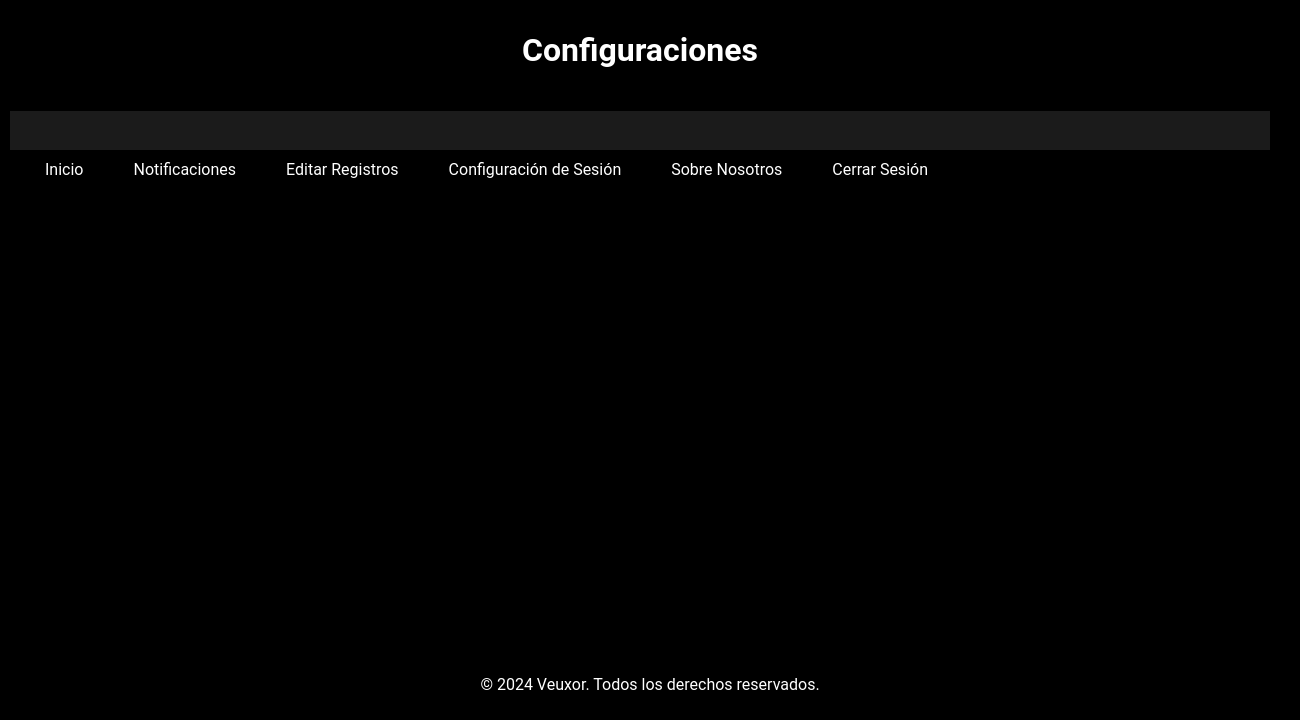
Repository: EddyWebz/updat
Page: privado/config.html
The author's editor kept a copy of each file at every save. The page is drawn from the files as they stood at one save, then again after the next save.
The browser window is 1280 px wide. The page is 1300 px wide, so the pictures cover 1300 px, including what lies to the right of the window. The pictures show the whole page.

Above is the page before, as saved 2024-09-15 11:08:55.

After the next save:
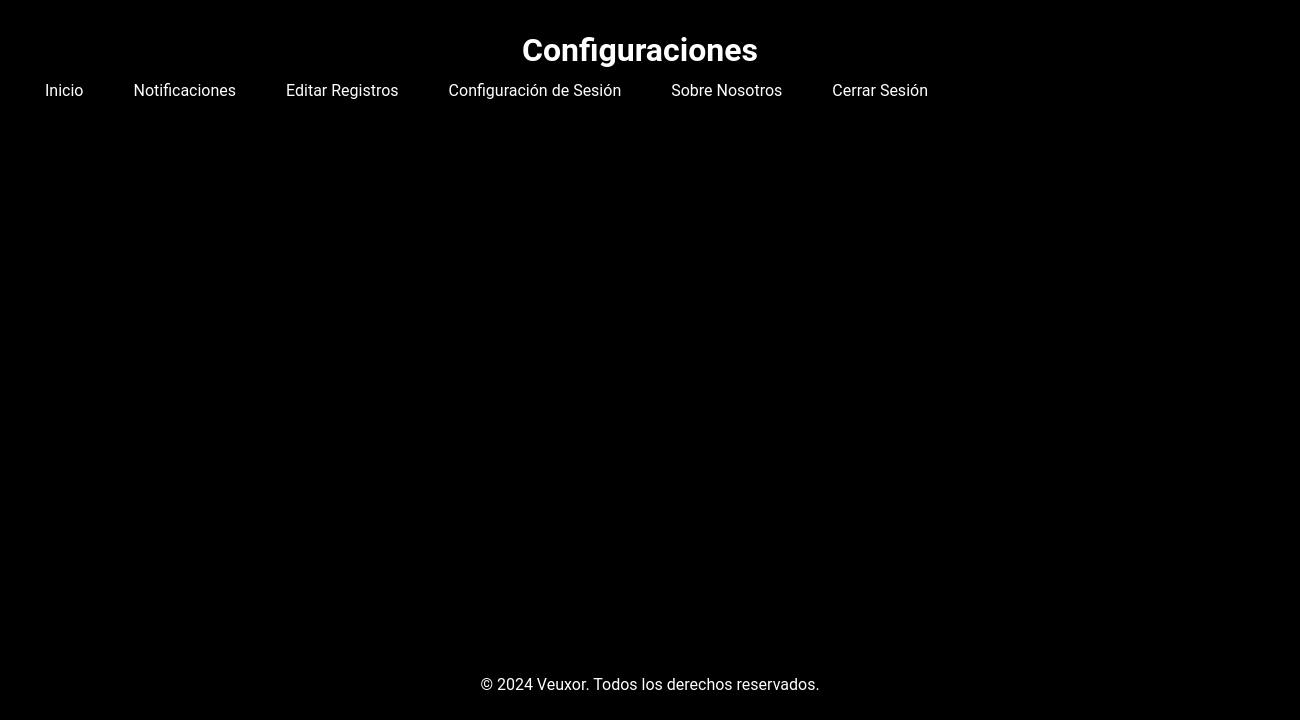
Saved 5 min 4 s later.
--- a/BASE-2/config.css
+++ b/BASE-2/config.css
@@ -133,7 +133,7 @@ header {
         border: none;
         display: inline-block;
         background-color: transparent;
-        margin-top: -0px; /* Sube los botones 5px */
+        margin-top: -40px; /* Sube los botones 5px */
     }
 
     .dropdown-content a:hover {
